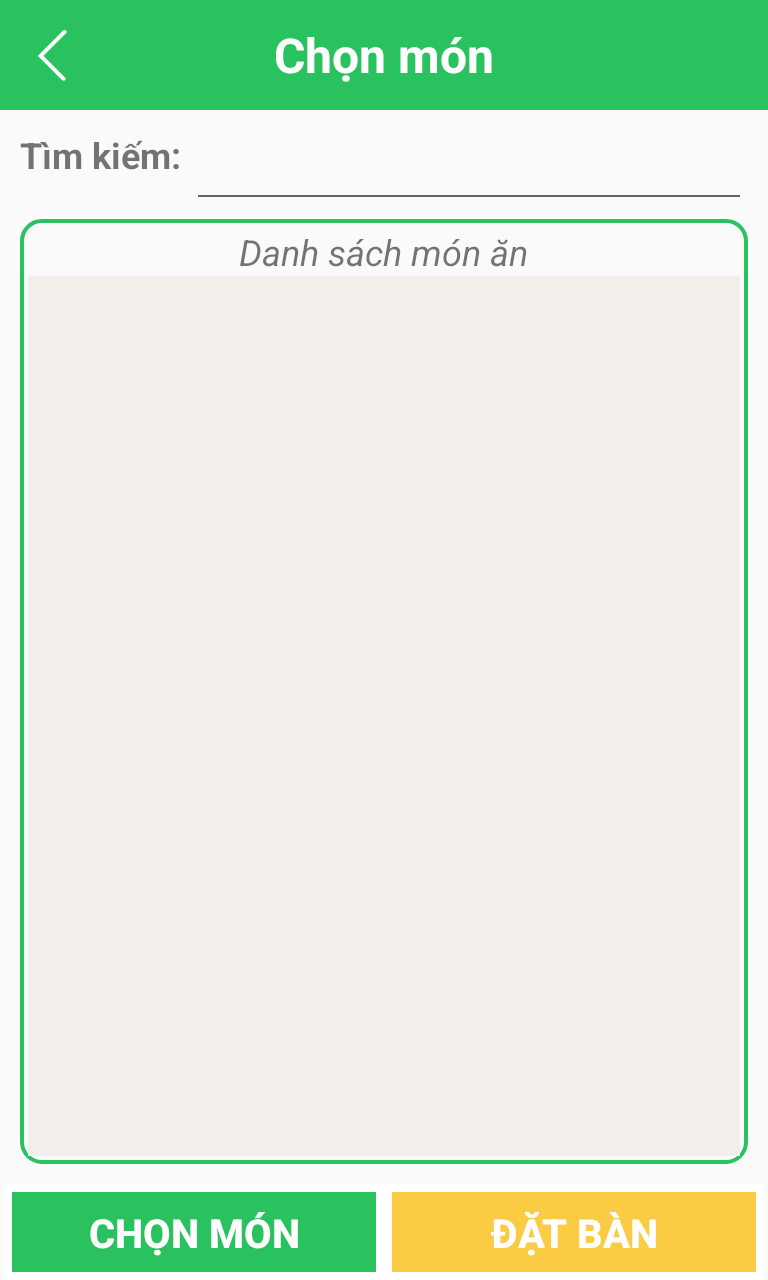
Repository: yenthanh132/Intelresment_AndroidClientApp
Layout: Intelresment/res/layout/activity_order.xml
These files come from the project's save history. The layout is drawn as it stood at one moment and after the next save; the edit follows.
It is drawn on a 768 x 1280 px phone screen (xhdpi) without system bars, with theme AppTheme; the app's code is not run. Lists and similar views that code fills are empty.

Above is the layout before, as saved 2014-12-27 07:50:58.

After the next save:
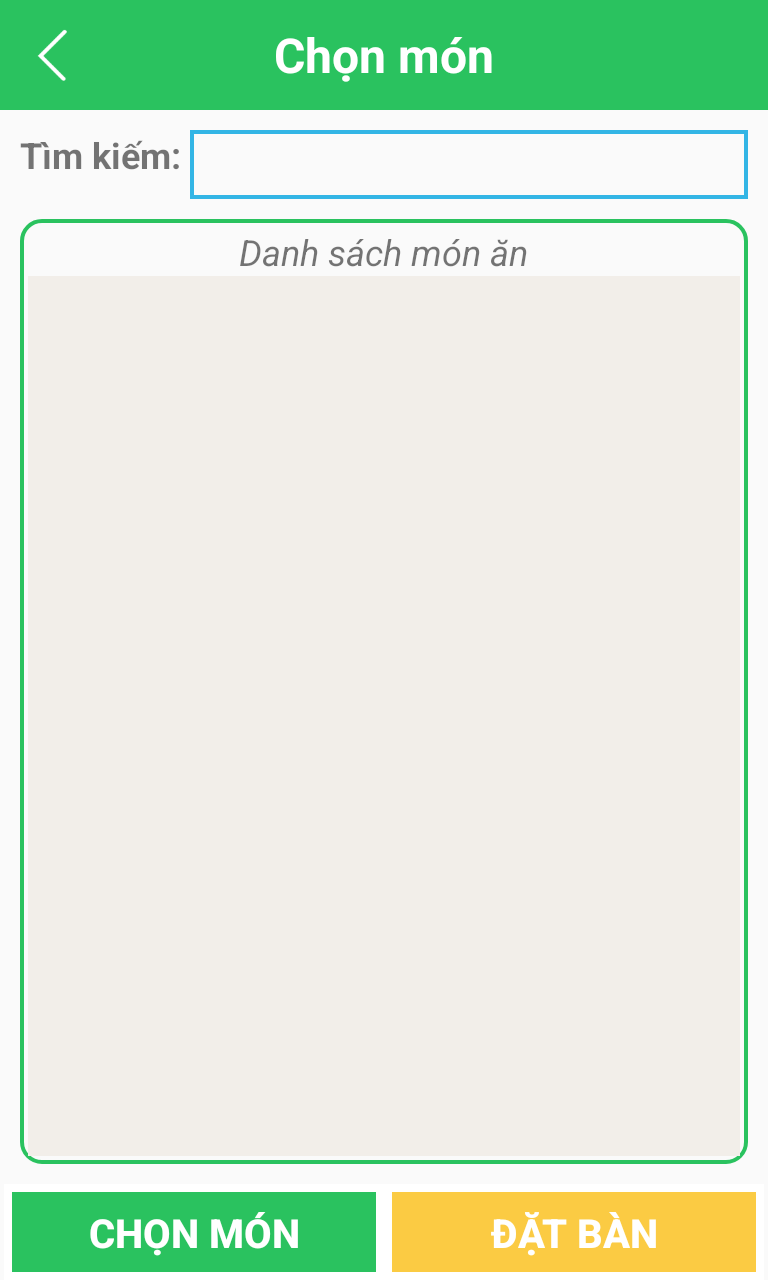
Saved 85 s later.
--- a/Intelresment/res/layout/activity_order.xml
+++ b/Intelresment/res/layout/activity_order.xml
@@ -49,7 +49,8 @@
             android:id="@+id/txtabc"
             android:layout_width="match_parent"
             android:layout_height="wrap_content"
-            android:layout_toRightOf="@+id/tvLabel2" />
+            android:layout_toRightOf="@+id/tvLabel2"
+            android:background="@drawable/edittext_border" />
 
         <RelativeLayout
             android:id="@+id/panelFood"
